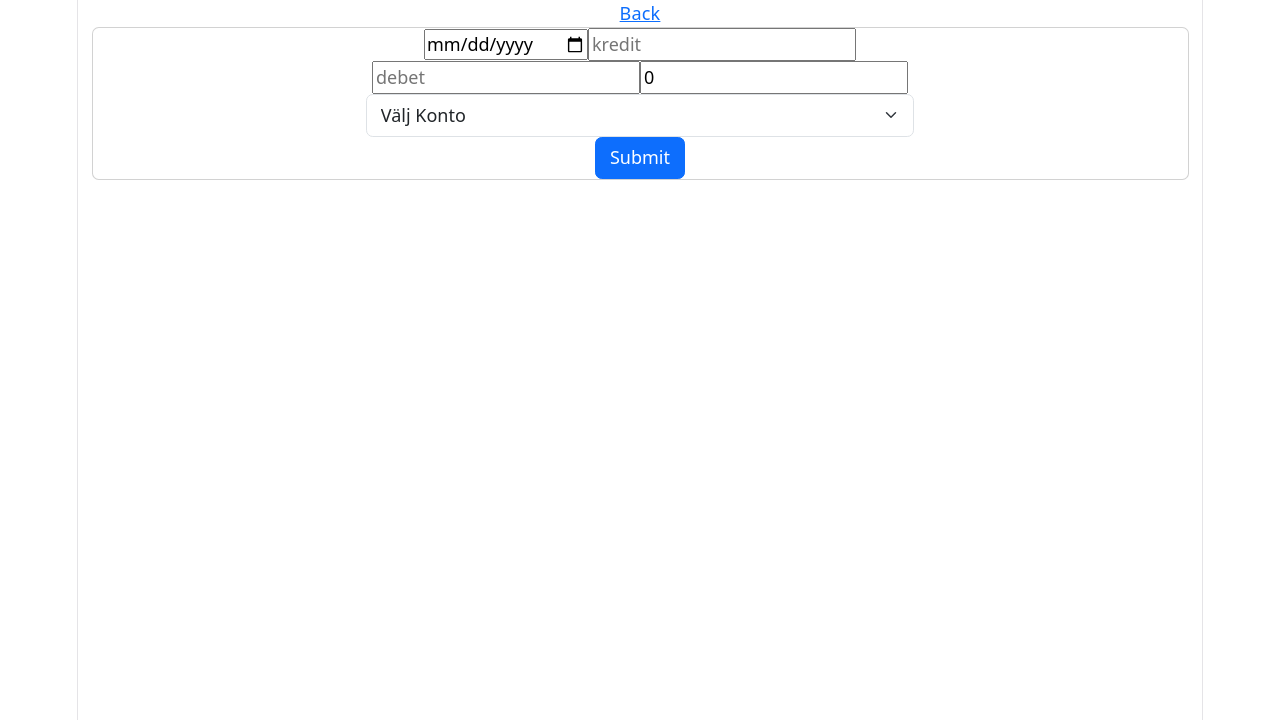
Repository: supply24/kidsaccount
Page: /action
The author's editor kept a copy of each file at every save. The page is drawn from the files as they stood at one save, then again after the next save.
The browser window is 1280 px wide. The pictures show the whole page.
The page's requests for data from a server got no answer. The project was rebuilt for these pictures with package versions that can differ from the ones it lists, and the page was loaded fresh each time. No one was signed in, and anything a server would have sent is missing. Also part of the build but not shown: vite.config.js, src/App.css, src/App.jsx, src/Homing.jsx, src/Emilia.jsx, src/Alexander.jsx.

Above is the page before, as saved 2026-08-01 05:31:49.

After the next save:
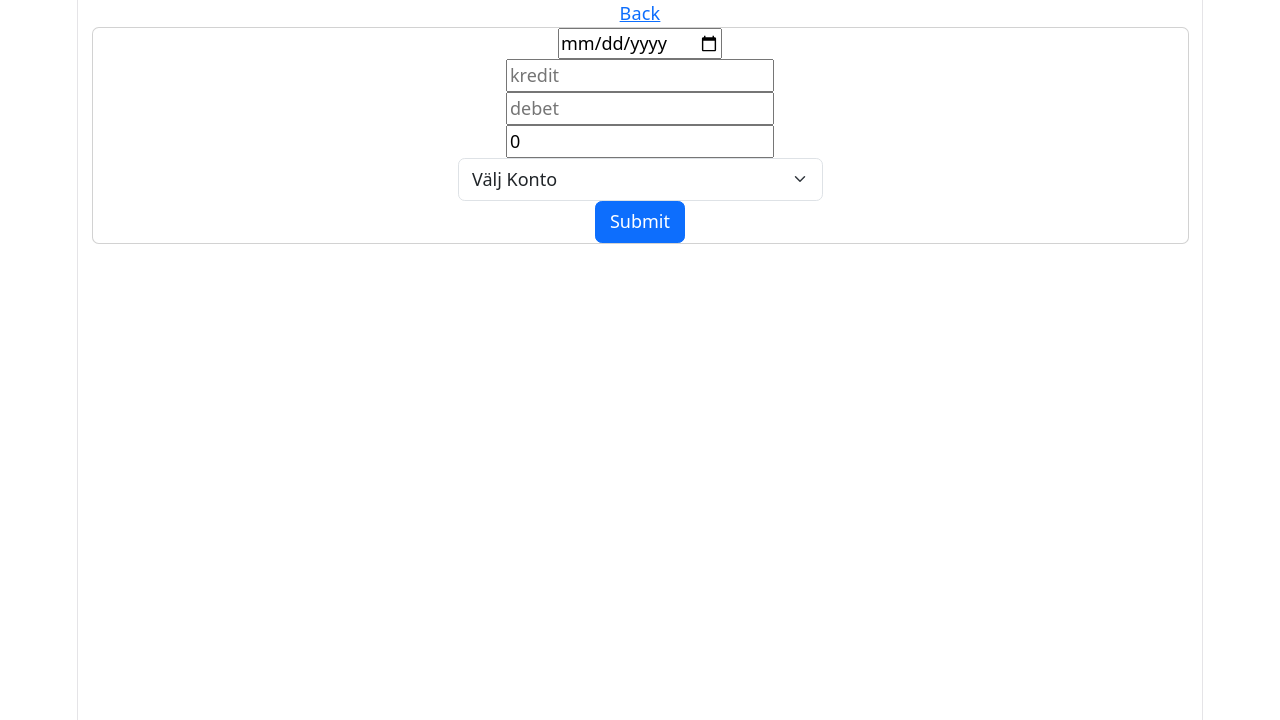
Saved 13 s later.
--- a/src/Actions.jsx
+++ b/src/Actions.jsx
@@ -75,7 +75,7 @@ const Actions = () => {
 
           <Card>
             <Form onSubmit={handleSubmit}>
-              <Col md={6} className="mx-auto">
+              <Col md={4} className="mx-auto">
 <input type="date" value={datetime} onChange={handleDatetime} />
 <input type="number" value={kredit} onChange={handleKredit} placeholder='kredit'/>
 <input type="number" value={debet} onChange={handleDebet} placeholder='debet'/>
